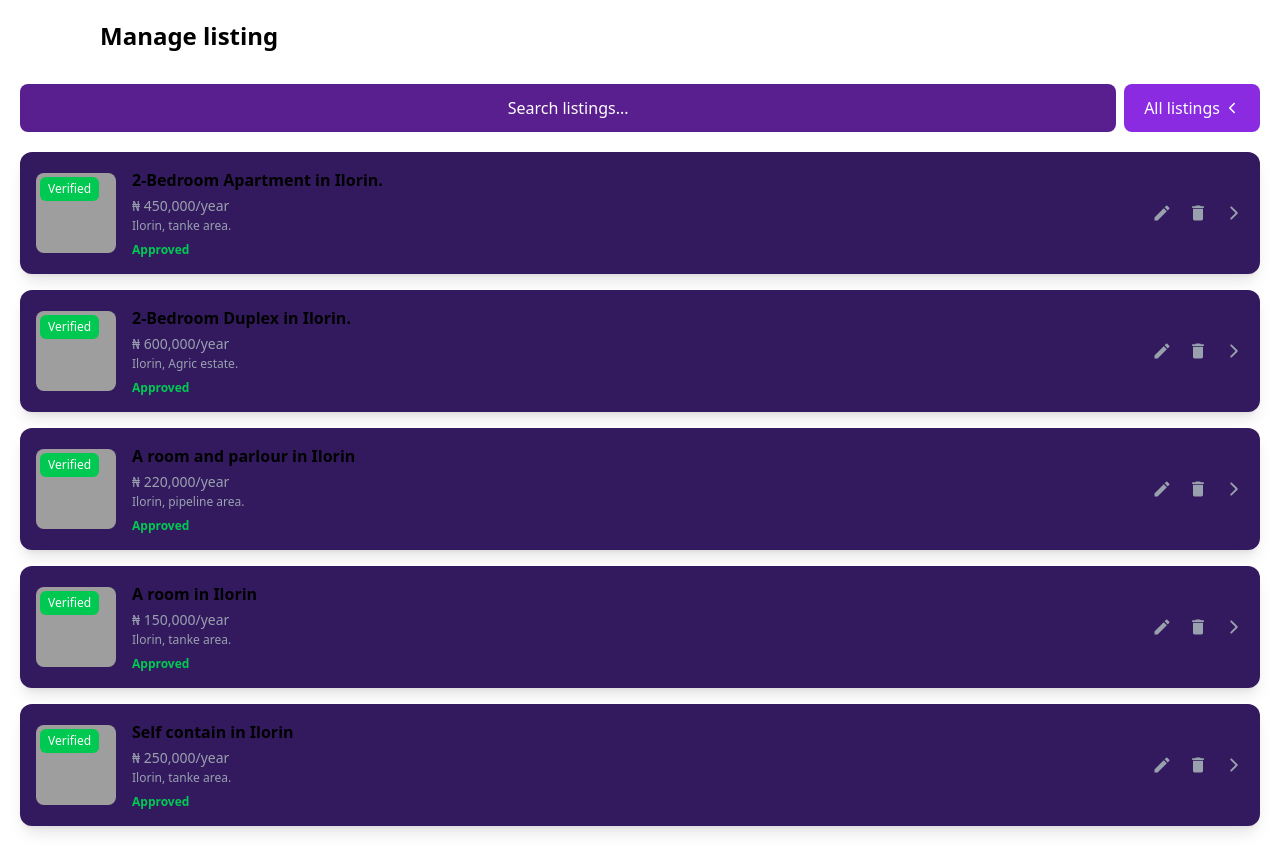
Repository: Em-driod/spotify-clone
Page: /Manage
These files come from the project's save history. The page is drawn as it stood at one moment and after the next save; the edit follows.
The browser window is 1280 px wide. The pictures show the whole page.
Pictures or frames that could not be fetched are drawn as grey boxes. The project was rebuilt for these pictures with package versions that can differ from the ones it lists, and the page was loaded fresh each time. Also part of the build but not shown: vite.config.ts, src/pages/veryify.tsx, src/pages/LandingPage.tsx, src/pages/Back.tsx, src/pages/Change.tsx, src/pages/onboard.tsx, src/pages/Skips.tsx, src/pages/Otp.tsx and 6 more.

Above is the page before, as saved 2025-07-09 16:06:17.

After the next save:
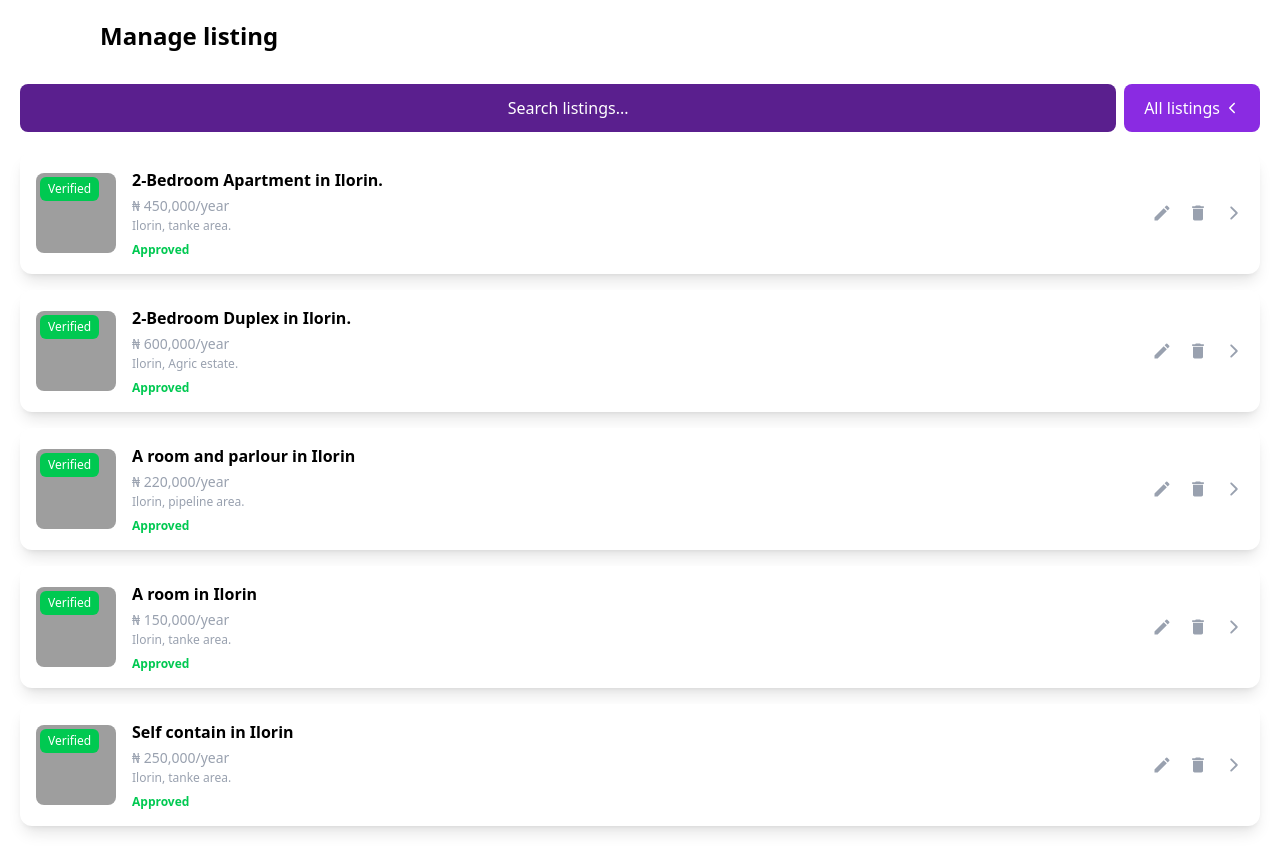
Saved 40 min 39 s later.
--- a/src/pages/Manage.tsx
+++ b/src/pages/Manage.tsx
@@ -68,7 +68,7 @@ const Manage = () => {
       {/* Listings */}
       <div>
         {listings.map((listing) => (
-          <div key={listing.id} className="bg-[#331a5f] rounded-xl p-4 mb-4 flex items-center shadow-lg">
+          <div key={listing.id} className="bg-white rounded-xl p-4 mb-4 flex items-center shadow-lg">
             <div className="relative mr-4">
               {/* Verified Badge */}
               <span className="absolute top-1 left-1 bg-green-500 text-white text-xs px-2 py-1 rounded-md z-10">Verified</span>
